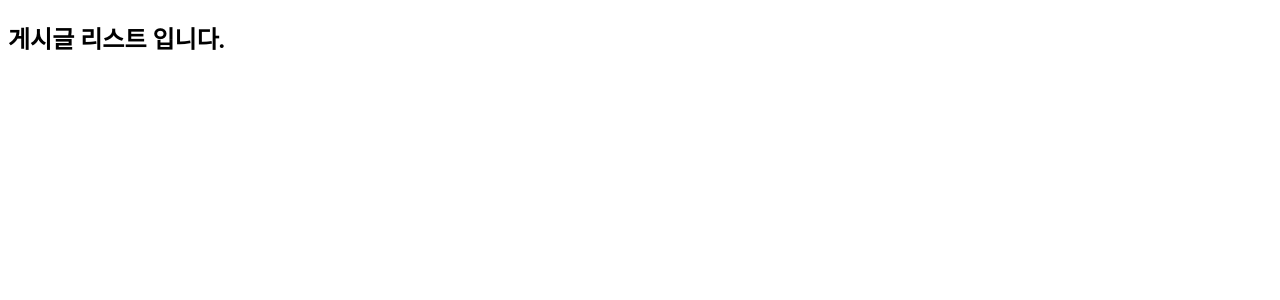
Repository: design-view/jspstudy
Page: http://localhost/GreenJsp/04jdbc/boardlist.jsp
An editor plug-in stored every save of this project. The page is shown before and after the next save, followed by the edit.
The browser window is 1280 px wide. The pictures show the whole page.
The page is served by Tomcat 9.

Above is the page before, as saved 2024-01-16 02:32:13.

After the next save:
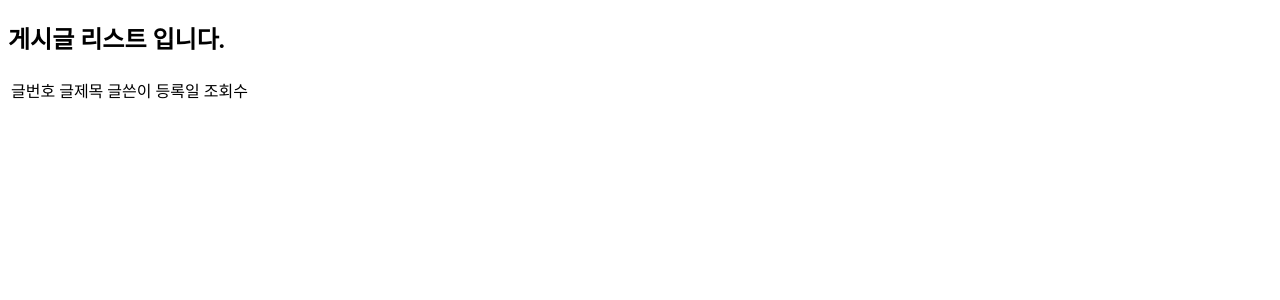
Saved 2 min 4 s later.
--- a/GreenJsp/src/main/webapp/04jdbc/boardlist.jsp
+++ b/GreenJsp/src/main/webapp/04jdbc/boardlist.jsp
@@ -8,5 +8,14 @@
 </head>
 <body>
 	<h2>게시글 리스트 입니다.</h2>
+	<table>
+		<tr>
+			<td>글번호</td>
+			<td>글제목</td>
+			<td>글쓴이</td>
+			<td>등록일</td>
+			<td>조회수</td>
+		</tr>
+	</table>
 </body>
 </html>
